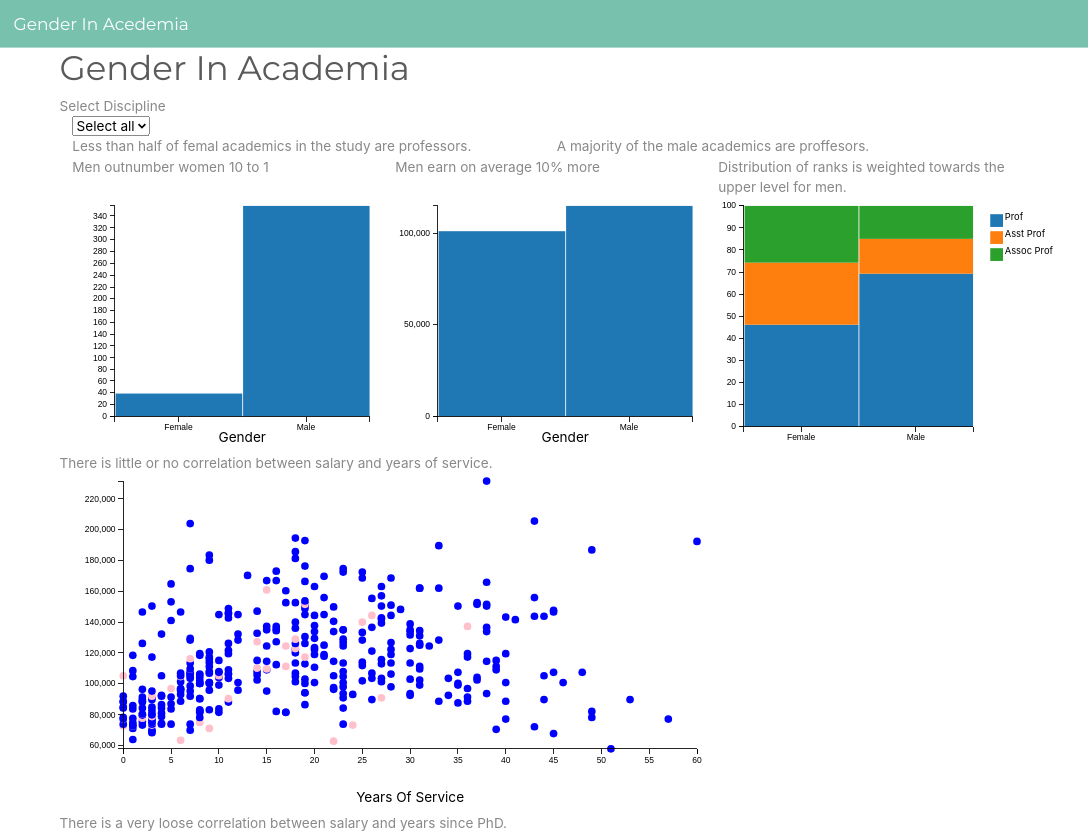
Repository: luke0han/dashboard-project
Page: index.html
The author's editor kept a record of every edit. The page is drawn from the files as they stood at one moment, then again after the next edit.
The browser window is 1280 px wide. The pictures show the whole page, at 85% of full size.

Above is the page before.

After the next edit:
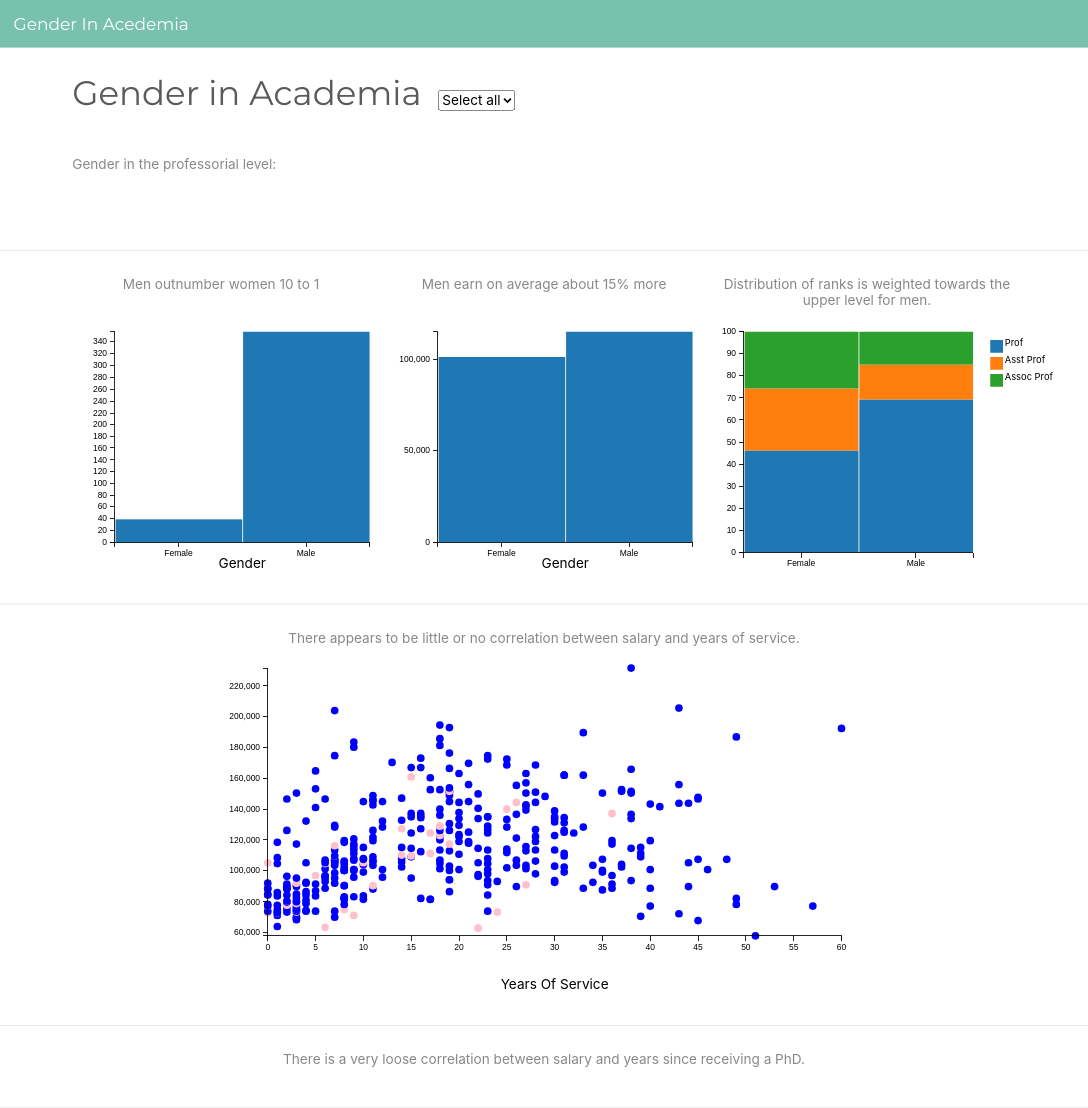
The edit:
--- a/index.html
+++ b/index.html
@@ -26,56 +26,85 @@
 
 
     </nav>
-    <div class="container">
 
-        <div class="row">
-            <h1>Gender In Academia</h1>
-        </div>
 
-        <div class="row">
-            <div class="col-md-offset-5">Select Discipline</div>
-        </div>
+    <main>
+        <section class="section">
+            <div class="container">
 
-        <div class="row">
-            <div class="col-md-offset-5" id="discipline-selector"></div>
-        </div>
+                <div class="row">
+                    <div class="col-xs-12 col-sm-12">
+                        <h1 class="section-heading">Gender in Academia</h1>
+                        <div id="discipline-selector"></div>
+                    </div>
+                </div>
 
-        <div class="row">
-            <div class="col-md-6 number-box" id="percentage-of-women-professors"></div>
-            <div class="col-md-6 number-box" id="percentage-of-men-professors"></div>
-        </div>
+                <div class="row">
+                    <div class="col-xs-12 col-sm-12">
+                        <p class="section-paragraph">Gender in the professorial level:</p>
+                    </div>
 
-        <div class="row">
-            <div class="col-md-6">Less than half of femal academics in the study are professors.</div>
-            <div class="col-md-6">A majority of the male academics are proffesors.</div>
-        </div>
+                    <div class="col-xs-12 col-sm-6 col-lg-6">
+                        <i class="fa fa-female fa-gender" aria-hidden="true"></i> <span class="number-box" id="percent-of-women-professors"></span>
+                        <i class="fa fa-male fa-gender" aria-hidden="true"></i> <span class="number-box" id="percent-of-men-professors"></span>
+                    </div>
+                </div>
+            </div>
+        </section>
 
-        <div class="row">
-            <div class="col-md-4">Men outnumber women 10 to 1</div>
-            <div class="col-md-4">Men earn on average 10% more</div>
-            <div class="col-md-4">Distribution of ranks is weighted towards the upper level for men.</div>
-        </div>
-        <div class="row">
-            <div class="col-md-4" id="gender-balance"></div>
-            <div class="col-md-4" id="average-salary"></div>
-            <div class="col-md-4" id="rank-distribution"></div>
-        </div>
 
-        <div class="row">
-            <div class="col-md-offset-2">There is little or no correlation between salary and years of service.</div>
-        </div>
-        <div class="row">
-            <div class="col-md-offset-2" id="service-salary"></div>
-        </div>
+        <section class="section">
+            <div class="container">
 
-        <div class="row">
-            <div class="col-md-offset-2">There is a very loose correlation between salary and years since PhD.</div>
-        </div>
-        <div class="row">
-            <div class="col-md-offset-2" id="phd-salary"></div>
-        </div>
+                <div class="row">
+                    <div class="col-xs-12 col-sm-4 text-center">
+                        <p class="section-paragraph">Men outnumber women 10 to 1</p>
+                    </div>
+                    <div class="col-xs-12 col-sm-4 text-center">
+                        <p class="section-paragraph">Men earn on average about 15% more</p>
+                    </div>
+                    <div class="col-xs-12 col-sm-4 text-center">
+                        <p class="section-paragraph">Distribution of ranks is weighted towards the upper level for men.</p>
+                    </div>
+                </div>
 
-    </div>
+                <div class="row">
+                    <div class="col-xs-12 col-sm-4 text-center" id="gender-balance" class="custom-chart"></div>
+                    <div class="col-xs-12 col-sm-4 text-center" id="average-salary" class="custom-chart"></div>
+                    <div class="col-xs-12 col-sm-4 text-center" id="rank-distribution" class="custom-chart"></div>
+                </div>
+            </div>
+        </section>
+
+        <section class="section">
+            <div class="container">
+
+                <div class="row">
+                    <div class="col-xs-12 col-sm-12 text-center">
+                        <p class="section-paragraph">There appears to be little or no correlation between salary and years of service.</p>
+                    </div>
+
+                    <div class="col-xs-12 col-sm-12 text-center" id="service-salary">
+
+                    </div>
+                </div>
+            </div>
+        </section>
+
+        <section class="section">
+            <div class="container">
+
+                <div class="row">
+                    <div class="col-xs-12 col-sm-12 text-center">
+                        <p class="section-paragraph">There is a very loose correlation between salary and years since receiving a PhD.</p>
+                    </div>
+
+                    <div class="col-xs-12 col-sm-12 text-center" id="phd-salary"></div>
+                </div>
+
+            </div>
+        </section>
+    </main>
 
 </body>
 
